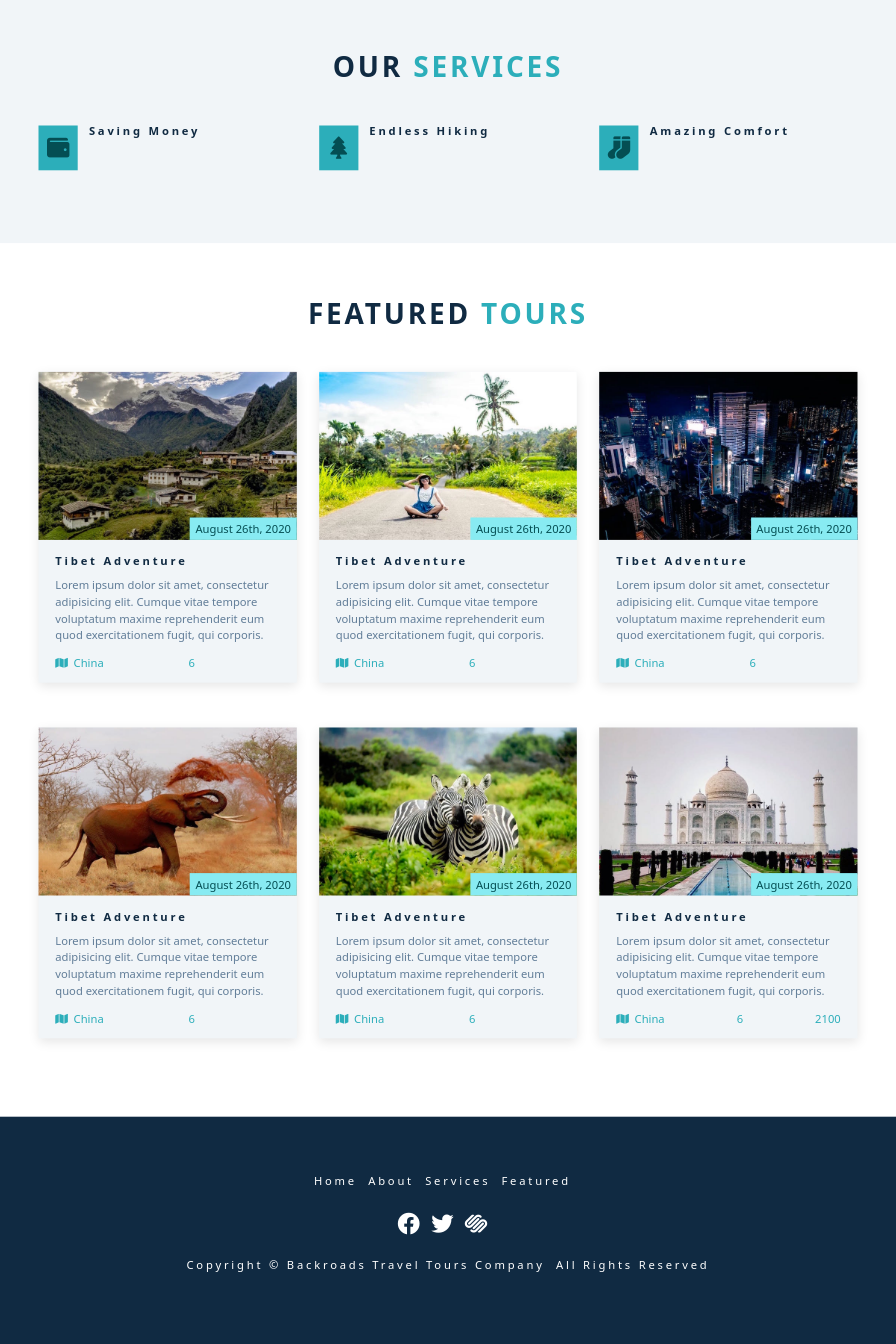
Repository: EdurdodaSilva/Ract_Basic
Page: /
These files come from the project's save history. The page is drawn as it stood at one moment and after the next save; the edit follows.
The browser window is 1280 px wide. The pictures show the part of the page from y = 1415 to 3335 px (the page is 3335 px tall), at 70% of full size.
Some web libraries are served in a nearby version. The project was rebuilt for these pictures with package versions that can differ from the ones it lists, and the page was loaded fresh each time.

Above is the page before, as saved 2024-08-30 07:06:40.

After the next save:
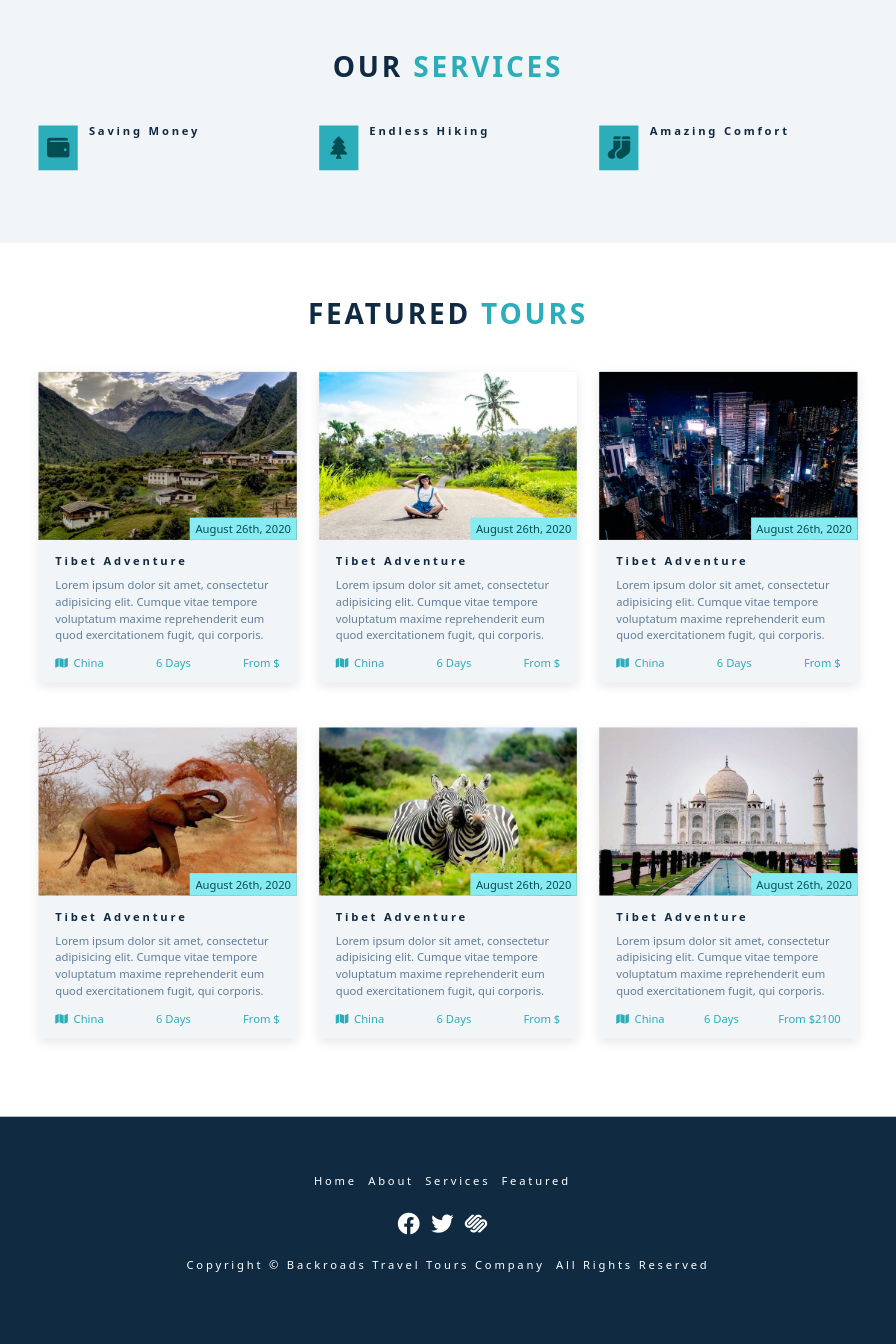
Saved 63 s later.
--- a/src/components/Featured.js
+++ b/src/components/Featured.js
@@ -40,8 +40,8 @@ const Featured = () => {
                                         </span>{" "}
                                         {location}
                                     </p>
-                                    <p>{duration}</p>
-                                    <p>{coast}</p>
+                                    <p>{duration} days</p>
+                                    <p>from ${coast}</p>
                                 </div>
                             </div>
                         </article>
